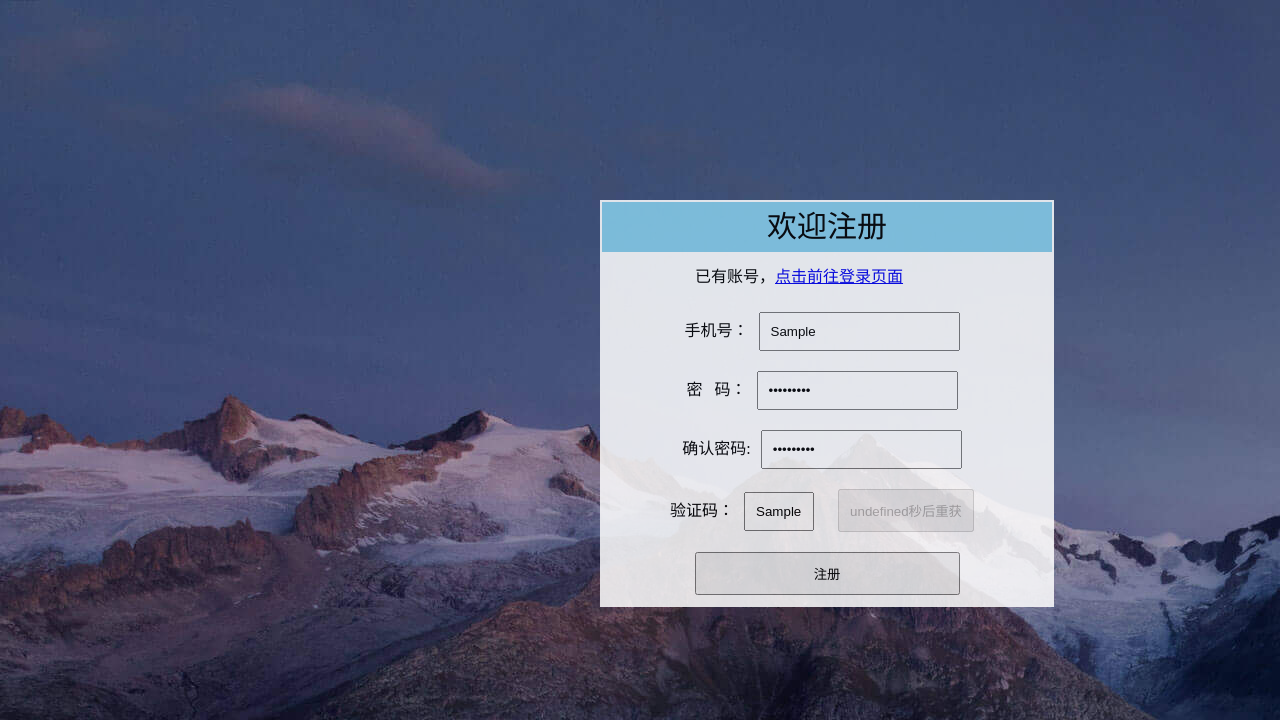
Repository: Gale-student/Gale-student.github.io
Page: http://localhost/weshop/UserRegister.jsp
These files come from the project's save history. The page is drawn as it stood at one moment and after the next save; the edit follows.
The browser window is 1280 px wide. The pictures show the whole page.
Empty fields were first filled with sample values (such as "Sample", 5 or name@example.com).
After loading, the first visible `#sendinput` was clicked once.
The page is served by Tomcat 9. Other server files are loaded and not shown.

Above is the page before, as saved 2022-10-07 06:07:46.
Console error: TypeError: Cannot set properties of null (setting 'value')

### WeShop/weshop/WebRoot/UserRegister.jsp
<%@ page language="java" import="java.util.*" pageEncoding="utf-8"%>
<%
String path = request.getContextPath();
String basePath = request.getScheme()+"://"+request.getServerName()+":"+request.getServerPort()+path+"/";
%>

<!DOCTYPE HTML PUBLIC "-//W3C//DTD HTML 4.01 Transitional//EN">
<html>
  <head>
    <base href="<%=basePath%>">

    <title>用户注册</title>

	<meta http-equiv="pragma" content="no-cache">
	<meta http-equiv="cache-control" content="no-cache">
	<meta http-equiv="expires" content="0">
	<meta http-equiv="keywords" content="keyword1,keyword2,keyword3">
	<meta http-equiv="description" content="This is my page">
	<!--
	<link rel="stylesheet" type="text/css" href="styles.css">
	-->
   <style type="text/css">
      body{
         background: url("image/reg_bg.jpg");
      }
      #box{
         background: white;
         position: absolute;
         left:600px;
         top:200px;
         height:403px;
         width: 450px;
         border:2px solid white;
         text-align: center;
         line-height: 50px;
         //border-radius:5%;
         opacity: 0.85;
      }
      input{
         padding : 10px;
         margin: 10px;
      }
      #l1{
         position:absolute;
         font-size: 30px;
         width: 450px;
         background: skyblue;
      }
      #d1{
         position: absolute;
         left:93px;
      }
      #l2{
         color:red;
         position: absolute;
         top: 73px;
         left: 147px;
      }
      #btninput{
         width: 265px;
      }
      #lb1{
         color: red;
         position: absolute;
      }
      #lb2{
         color: red;
         position: absolute;
      }
      #lb3{
         color: red;
         position: absolute;
      }

   </style>
   <script type="text/javascript">
      window.onload = function(){
         var uidIn = document.getElementById("uidinput");
         var upwdIn = document.getElementById("upwdinput");
         var upwd2In = document.getElementById("upwd2input");
         var oLb1 = document.getElementById("lb1");
         var oLb2 = document.getElementById("lb2");
         var oLb3 = document.getElementById("lb3");
         var oLb4 = document.getElementById("lb4");
         var btnIn = document.getElementById("btninput");
         var MyCode = document.getElementById("MyCode");
         uidIn.onblur = function(){
            var uid = uidIn.value;
            var xhr = new XMLHttpRequest() || new ActiveXObject('Microsoft.XMLHTTP');
            xhr.open("post", "UidCheckServlet?uid="+uid, true);
            xhr.onreadystatechange = function(){
               if(xhr.readyState == 4){
                   if(xhr.status == 200){
                       var result = xhr.responseText;//只能返回文本型
                       if(result == "success"){
                          oLb1.innerHTML = "√";
                       }else if(result == "exist"){
                          oLb1.innerHTML = "账号已存在!";
                       }else{
                          oLb1.innerHTML = "×"
                       }
                   }
                }
            }
            xhr.send();
         }
         upwdIn.onblur = function(){
            var upwd = upwdIn.value;
            var xhr = new XMLHttpRequest() || new ActiveXObject('Microsoft.XMLHTTP');
            xhr.open("post", "UpwdCheckServlet?upwd="+upwd, true);
            xhr.onreadystatechange = function(){
               if(xhr.readyState == 4){
                   if(xhr.status == 200){
                       var result = xhr.responseText;//只能返回文本型
                       if(result == "success"){
                          oLb2.innerHTML = "√";
                       }else{
                          oLb2.innerHTML = "×";
                       }
                   }
                }
            }
            xhr.send();
         }
         upwd2In.onblur = function(){
            var upwd = upwdIn.value;
            var upwd2 = upwd2In.value;
            var xhr = new XMLHttpRequest() || new ActiveXObject('Microsoft.XMLHTTP');
            xhr.open("post", "Upwd2CheckServlet?upwd="+upwd+"&upwd2="+upwd2, true);
            xhr.onreadystatechange = function(){
               if(xhr.readyState == 4){
                   if(xhr.status == 200){
                       var result = xhr.responseText;//只能返回文本型
                       if(result == "success"){
                          oLb3.innerHTML = "√";
                       }else{
                          oLb3.innerHTML = "×";
                       }
                   }
                }
            }
            xhr.send();
         }
         //发送验证码


        var InterValObj; //timer变量，控制时间
		var count = 60; //间隔函数，1秒执行
		var curCount;//当前剩余秒数
        var SendIn = document.getElementById("sendinput");
        SendIn.onclick = function(){
	        SendIn.setAttribute("disabled",true);
	        SendIn.value=curCount + "秒后重获";
	        var uid = uidIn.value;
	        InterValObj = window.setInterval(SetRemainTime, 1000);
	            /*var xhr = new XMLHttpRequest() || new ActiveXObject('Microsoft.XMLHTTP');
	            xhr.open("post", "SendCodeServlet?uid="+uid, true);
	            xhr.onreadystatechange = function(){
	                if(xhr.readyState == 4){
	                    if(xhr.status == 200){

	                    }
	                }
	            }
	            xhr.send();*/
	         }
         function SetRemainTime() {
		     if (curCount == 0) {//超时重新获取验证码
			     window.clearInterval(InterValObj);// 停止计时器
				     SendIn.removeAttribute("disabled");//移除禁用状态改为可用
					 SendIn.value="重获验证码";
				 }else {
					 curCount--;
					 document.getElementById("btnSendCode").value=curCount + "秒后重获";
				 }
			 }
         //验证码校验

        MyCode.onblur = function(){
            var mycode = MyCode.value;
            var xhr = new XMLHttpRequest() || new ActiveXObject('Microsoft.XMLHTTP');
	        xhr.open("post", "MyCodeCheckServlet?mycode="+mycode, true);
            xhr.onreadystatechange = function(){
	            if(xhr.readyState == 4){
	                if(xhr.status == 200){
	                    var result = xhr.responseText;
	                        if(result == "success"){
	                            oLb4.innerHTML = "√";
	                        }else{
	                            oLb4.innerHTML = "×";
	                        }
	                    }
	                }
	            }
	            xhr.send();
           }

          btnIn.onclick = function(){
            var uid = uidIn.value;
            var upwd = upwdIn.value;
            var uidres = oLb1.innerHTML;
            var upwdres = oLb2.innerHTML;
            var upwd2res = oLb3.innerHTML;
            var mycodeRes = oLb4.innerHTML;
            if(uidres == "√" && upwdres == "√" && upwd2res == "√" && mycodeRes == "√"){
               var xhr = new XMLHttpRequest() || new ActiveXObject('Microsoft.XMLHTTP');
               xhr.open("post", "UserRegisterServlet?uid="+uid+"&upwd="+upwd, true);
               xhr.onreadystatechange = function(){
               if(xhr.readyState == 4){
                   if(xhr.status == 200){
                       var result = xhr.responseText;
                       if(result == "error"){
                          oLb1.innerHTML = "账号已存在!";
                       }
                       window.open("UserLogin.jsp", '_blank');
                   }
                }
            }
            xhr.send();
            }else{
               alert("注册失败, 请检查账号和密码...");
            }
         }



      }

   </script>
  </head>
  <body>
  <div id = "box">
       <div id="l1">欢迎注册</div><br>
       <div id="d1">已有账号，<a href="UserLogin.jsp">点击前往登录页面</a></div><br>
       <label>手机号：</label><input id="uidinput" type="text" placeholder="请输入账号/手机号" ><label id="lb1"></label><br>
       <label>密 &nbsp;&nbsp;码：</label><input id="upwdinput" type="password" placeholder="请输入密码,6位数仅包含数字"><label id="lb2"></label><br>
       <label>确认密码:</label><input id="upwd2input" type="password" placeholder="请确认密码,密码需一致"><label id="lb3"></label><br>
       <label>验证码：</label><input style="width: 70px;" type="text" placeholder="请输入收到的验证码" id="MyCode" >
       <input id="sendinput" type="button" value="发送验证码"><label style="position: absolute; color: red;" id="lb4"></label><br>
       <input id="btninput" type="button" value="注册" >
    </div>
  </body>
</html>

After the next save:
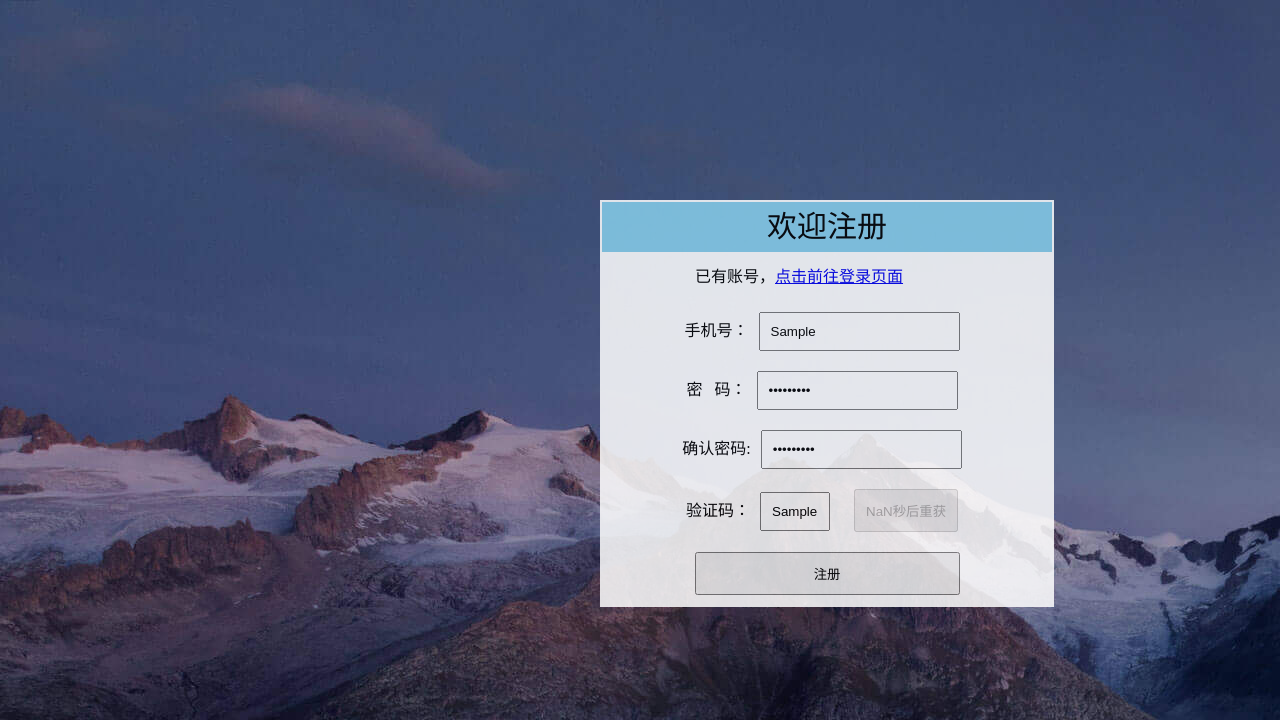
The error is gone.
Saved 23 s later.
--- a/WeShop/weshop/WebRoot/UserRegister.jsp
+++ b/WeShop/weshop/WebRoot/UserRegister.jsp
@@ -171,7 +171,7 @@ String basePath = request.getScheme()+"://"+request.getServerName()+":"+request.
 					 SendIn.value="重获验证码";
 				 }else {
 					 curCount--;
-					 document.getElementById("btnSendCode").value=curCount + "秒后重获";
+					 SendIn.value=curCount + "秒后重获";
 				 }
 			 }
          //验证码校验
